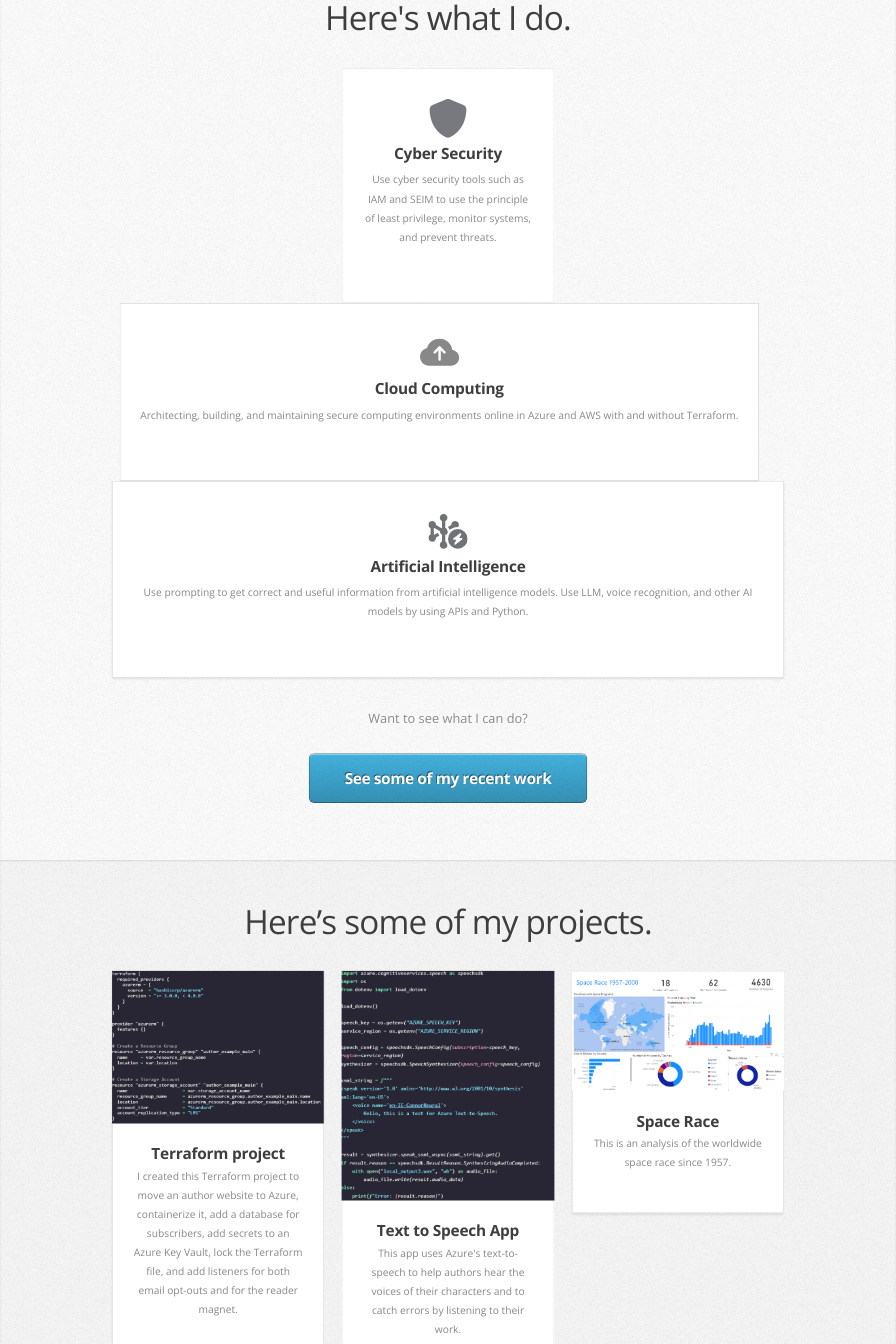
Repository: lauralstephenson/Portfolio_Personal
Page: index.html
The author's editor kept a copy of each file at every save. The page is drawn from the files as they stood at one save, then again after the next save.
The browser window is 1280 px wide. The pictures show the part of the page from y = 700 to 2620 px (the page is 4510 px tall before and 4483 px after), at 70% of full size.

Above is the page before, as saved 2026-04-21 14:19:49.

After the next save:
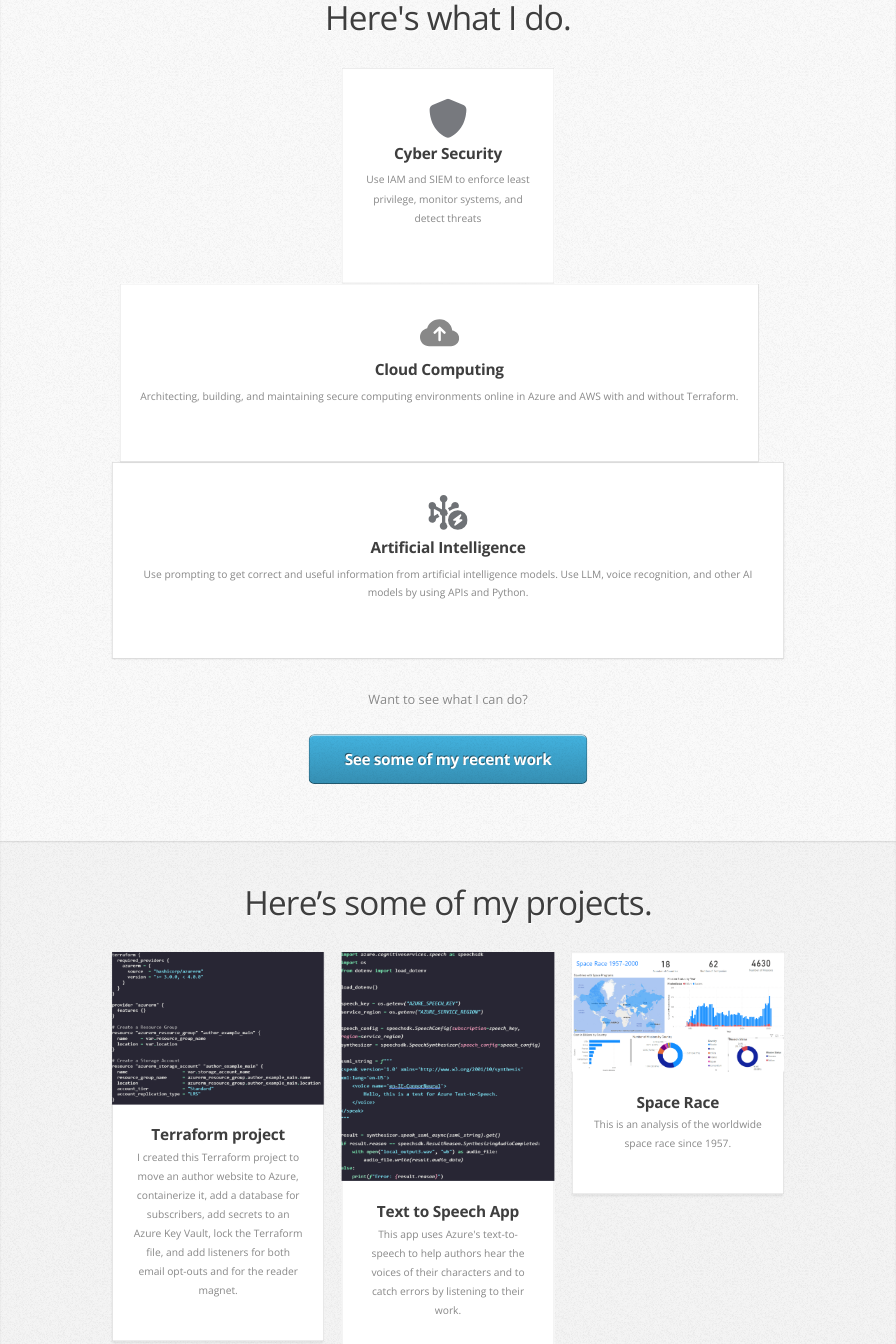
Saved 2 min 4 s later.
--- a/index.html
+++ b/index.html
@@ -60,7 +60,7 @@
 										<path fill="#77797e" d="M256 0c4.6 0 9.2 1 13.4 2.9L457.7 82.8c22 9.3 38.4 31 38.3 57.2c-.5 99.2-41.3 280.7-213.6 363.2c-16.7 8-36.1 8-52.8 0C57.3 420.7 16.5 239.2 16 140c-.1-26.2 16.3-47.9 38.3-57.2L242.7 2.9C246.8 1 251.4 0 256 0z"/>
 									</svg>
 									<h3>Cyber Security</h3>
-									<p>Use cyber security tools such as IAM and SEIM to use the principle of least privilege, monitor systems, and prevent threats.</p>
+									<p>Use IAM and SIEM to enforce least privilege, monitor systems, and detect threats</p>
 								</div>
 							</section>
 						</div>
